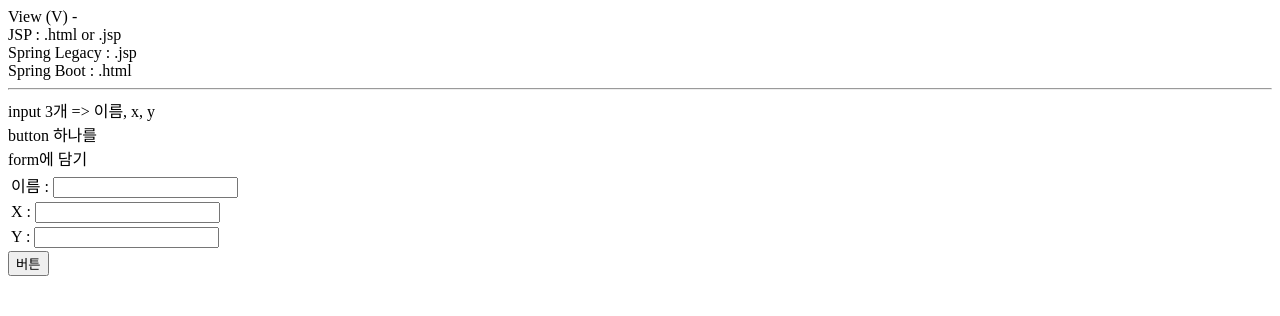
Repository: AgentHyun/FishDalle3
Page: http://localhost/Feb11_2_SpringMVC/
An editor plug-in stored every save of this project. The page is shown before and after the next save, followed by the edit.
The browser window is 1280 px wide. The pictures show the whole page.
The page is served by Tomcat 9.

Above is the page before, as saved 2025-02-11 01:36:13.

After the next save:
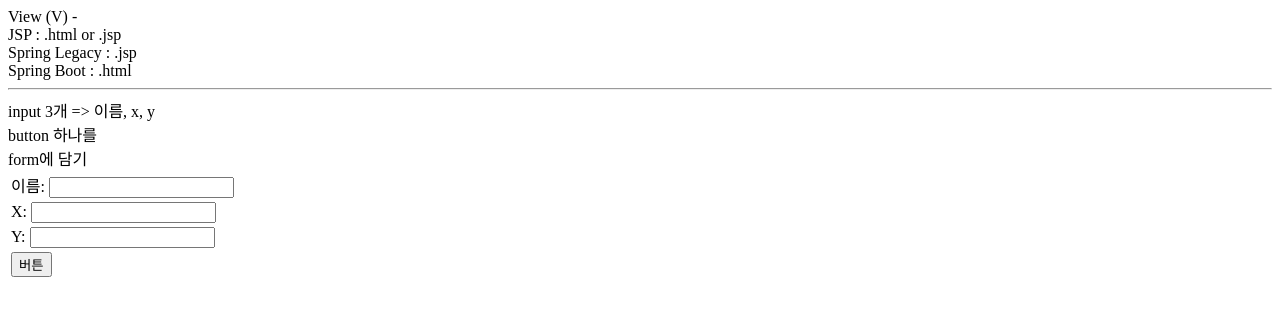
Saved 79 s later.
--- a/Feb11_2_SpringMVC/src/main/webapp/WEB-INF/views/index.jsp
+++ b/Feb11_2_SpringMVC/src/main/webapp/WEB-INF/views/index.jsp
@@ -16,18 +16,21 @@
       button 하나를 <br>
       form에 담기
       <form>
-      <table>
-      <tr><td>
-      이름 : <input name = "name"></td></tr>
-      <tr><td>
-   X : <input name = "X"></td></tr>
-      <tr><td>
-      Y : <input name = "Y">
-</td></tr>
-      </table>
-      <button>버튼</button>
-      </form>
-
+  <table>
+    <tr>
+      <td>이름: <input name="name"></td>
+    </tr>
+    <tr>
+      <td>X: <input name="X"></td>
+    </tr>
+    <tr>
+      <td>Y: <input name="Y"></td>
+    </tr>
+    <tr>
+      <td><button>버튼</button></td>
+    </tr>
+  </table>
+</form>
 
 </body>
 </html>
